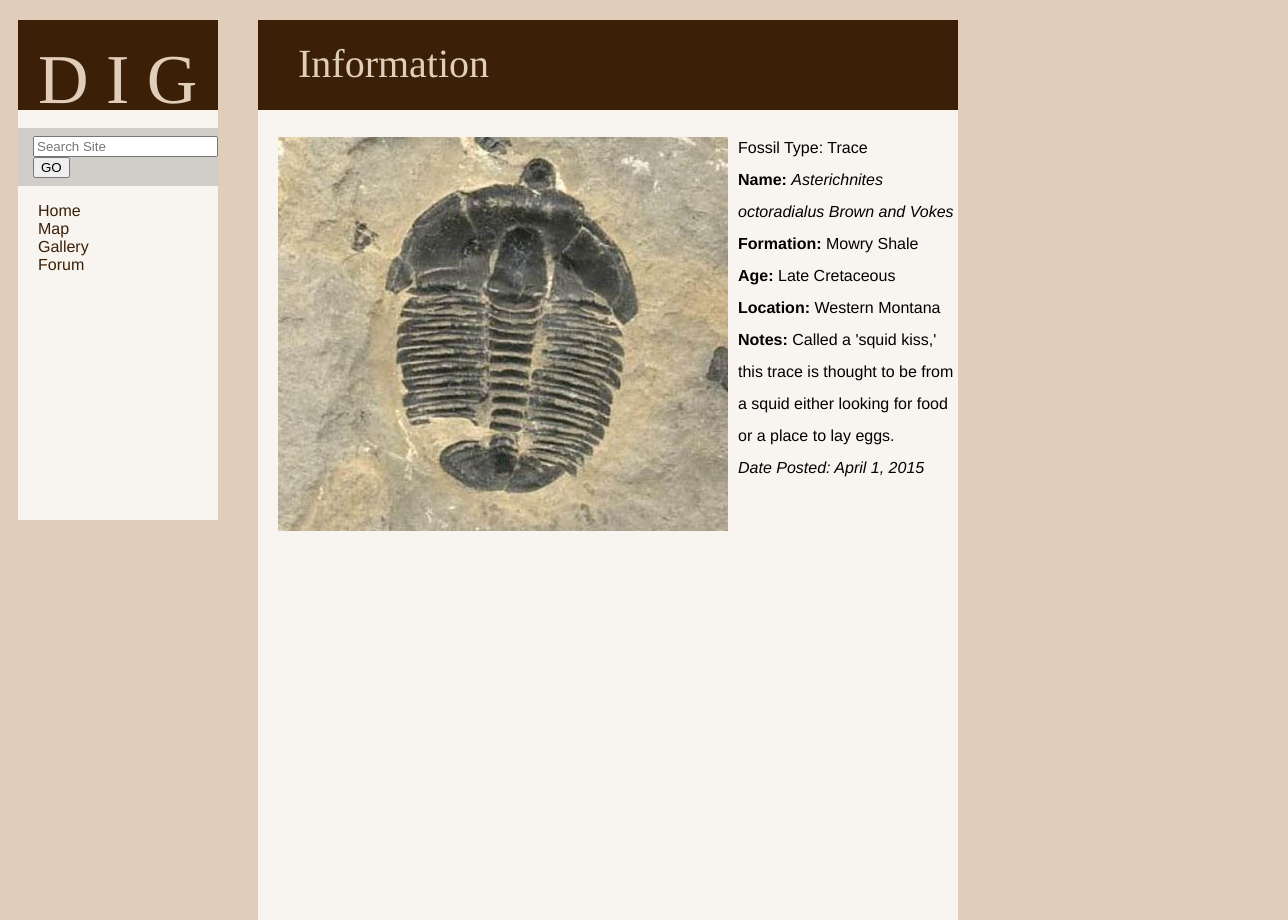
Repository: cbickhar/cbickhar.github.io
Page: catalog/info.html
The author's editor kept a record of every edit. The page is drawn from the files as they stood at one moment, then again after the next edit.
The browser window is 1280 px wide. The page is 1288 px wide, so the pictures cover 1288 px, including what lies to the right of the window. The pictures show the whole page.

Above is the page before.

After the next edit:
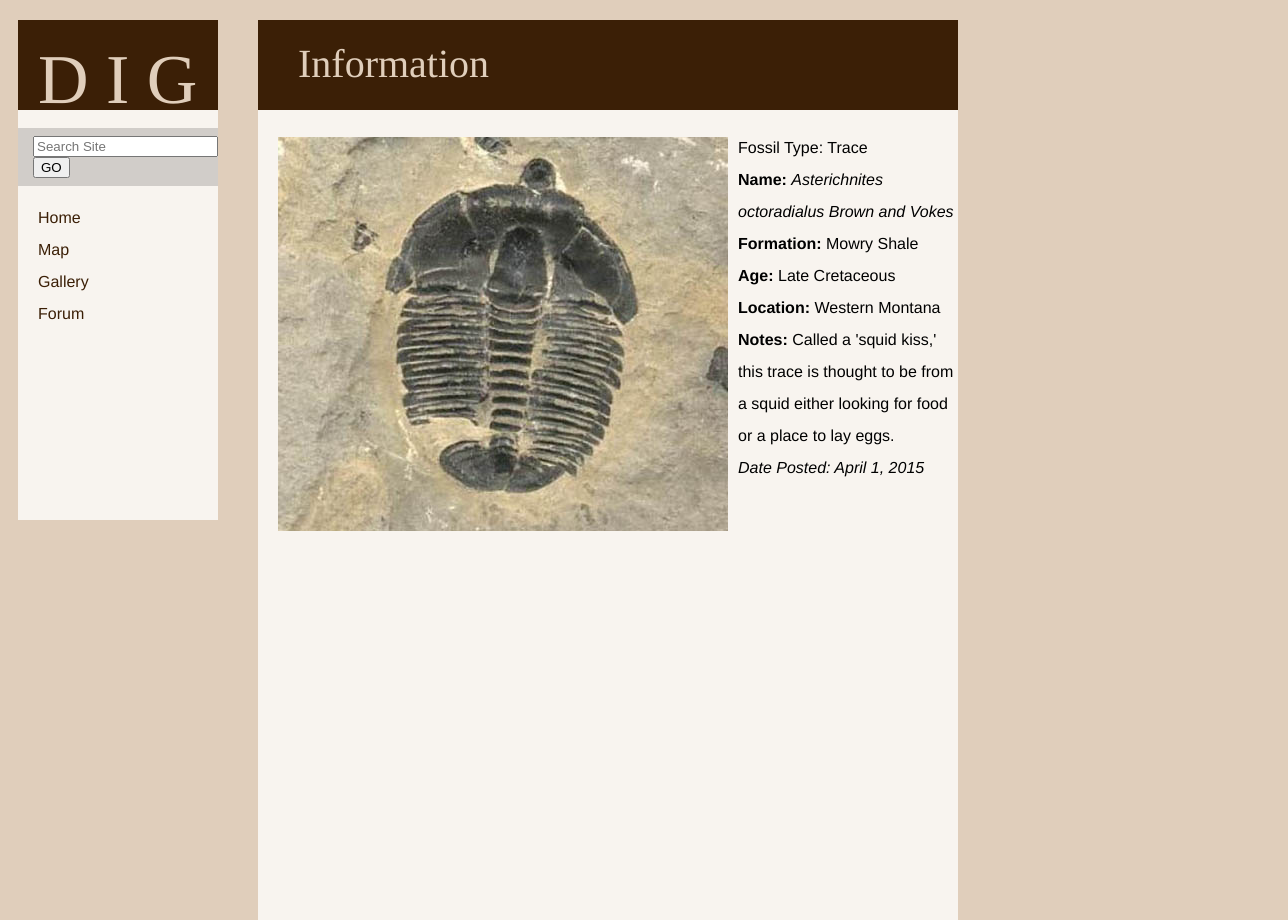
The edit:
--- a/catalog/info.html
+++ b/catalog/info.html
@@ -14,7 +14,8 @@
                     <input type="button" value="GO">
                 </div>
             </form>
-
+        <p>
+            <p style="line-height: 2em; font-size: 12pt">
             <a href="index.html">Home</a>
         <br>
             <a href="map.html">Map</a>
@@ -23,8 +24,8 @@
         <br>
             <a href="forum.html">Forum</a>
 
-            <br>
-        </div>
+        </p>
+    </div>
 
 
         <div class ="formcontentcontainer">
